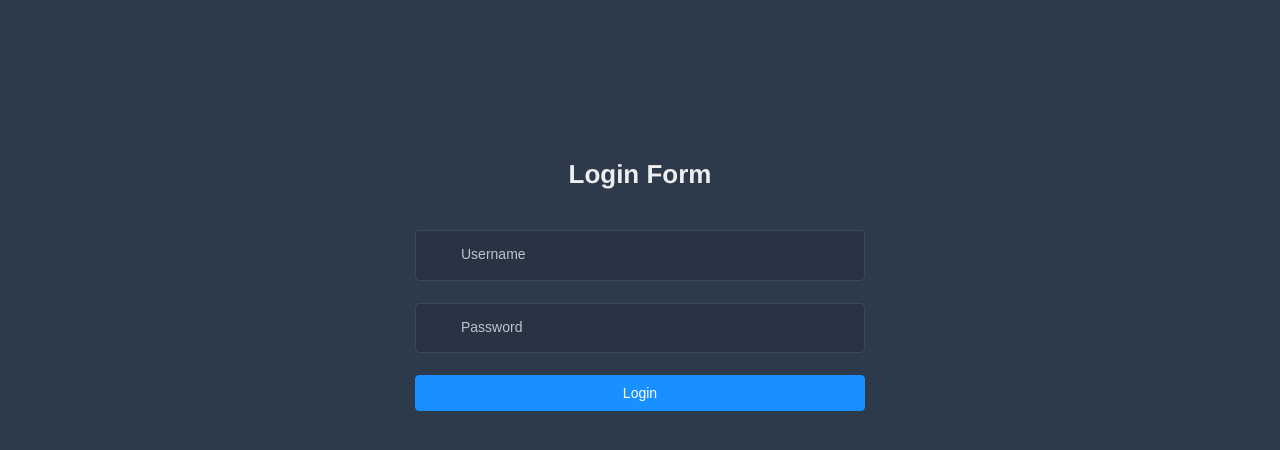
Repository: wenfree/zhjl-admin
Page: /
These files come from the project's save history. The page is drawn as it stood at one moment and after the next save; the edit follows.
The browser window is 1280 px wide. The pictures show the whole page.
The project was rebuilt for these pictures with package versions that can differ from the ones it lists, and the page was loaded fresh each time. Also part of the build but not shown: vue.config.js, src/components/RightPanel/index.vue, src/layout/components/AppMain.vue, src/components/Breadcrumb/index.vue, src/components/Hamburger/index.vue, src/components/ErrorLog/index.vue, src/components/Screenfull/index.vue, src/components/SizeSelect/index.vue and 17 more. Imported but missing from the stored project, and not drawn on this page: src/views/icons/element-icons.

Above is the page before, as saved 2023-02-26 19:21:32.

After the next save:
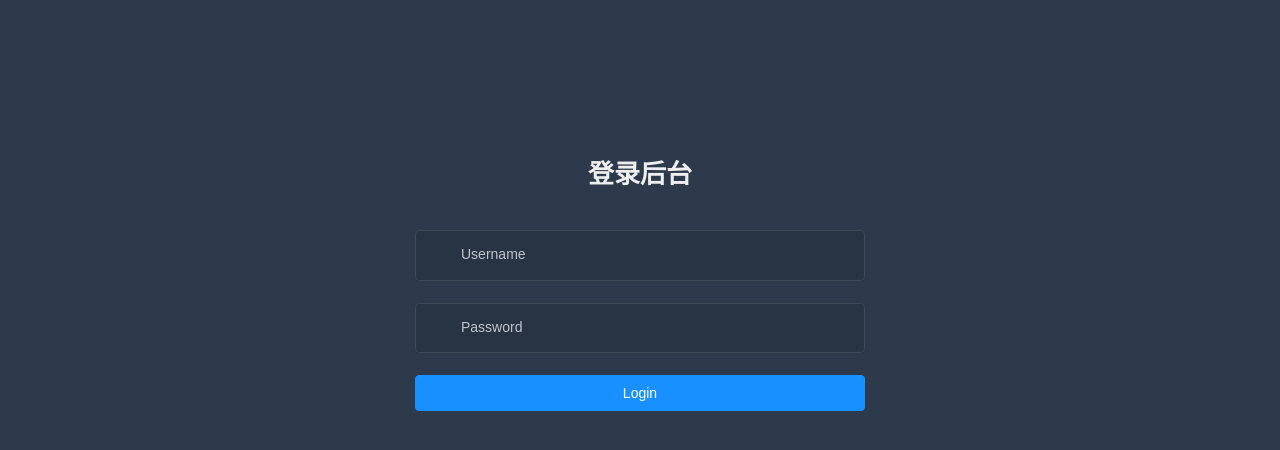
Saved 3 min 12 s later.
--- a/src/views/login/index.vue
+++ b/src/views/login/index.vue
@@ -1,24 +1,18 @@
 <template>
   <div class="login-container">
-    <el-form ref="loginForm" :model="loginForm" :rules="loginRules" class="login-form" autocomplete="on" label-position="left">
+    <el-form ref="loginForm" :model="loginForm" :rules="loginRules" class="login-form" autocomplete="on"
+      label-position="left">
 
       <div class="title-container">
-        <h3 class="title">Login Form</h3>
+        <h3 class="title">登录后台</h3>
       </div>
 
       <el-form-item prop="username">
         <span class="svg-container">
           <svg-icon icon-class="user" />
         </span>
-        <el-input
-          ref="username"
-          v-model="loginForm.username"
-          placeholder="Username"
-          name="username"
-          type="text"
-          tabindex="1"
-          autocomplete="on"
-        />
+        <el-input ref="username" v-model="loginForm.username" placeholder="Username" name="username" type="text"
+          tabindex="1" autocomplete="on" />
       </el-form-item>
 
       <el-tooltip v-model="capsTooltip" content="Caps lock is On" placement="right" manual>
@@ -26,26 +20,17 @@
           <span class="svg-container">
             <svg-icon icon-class="password" />
           </span>
-          <el-input
-            :key="passwordType"
-            ref="password"
-            v-model="loginForm.password"
-            :type="passwordType"
-            placeholder="Password"
-            name="password"
-            tabindex="2"
-            autocomplete="on"
-            @keyup.native="checkCapslock"
-            @blur="capsTooltip = false"
-            @keyup.enter.native="handleLogin"
-          />
+          <el-input :key="passwordType" ref="password" v-model="loginForm.password" :type="passwordType"
+            placeholder="Password" name="password" tabindex="2" autocomplete="on" @keyup.native="checkCapslock"
+            @blur="capsTooltip = false" @keyup.enter.native="handleLogin" />
           <span class="show-pwd" @click="showPwd">
             <svg-icon :icon-class="passwordType === 'password' ? 'eye' : 'eye-open'" />
           </span>
         </el-form-item>
       </el-tooltip>
 
-      <el-button :loading="loading" type="primary" style="width:100%;margin-bottom:30px;" @click.native.prevent="handleLogin">Login</el-button>
+      <el-button :loading="loading" type="primary" style="width:100%;margin-bottom:30px;"
+        @click.native.prevent="handleLogin">Login</el-button>
 
     </el-form>
 
@@ -93,7 +78,7 @@ export default {
   },
   watch: {
     $route: {
-      handler: function(route) {
+      handler: function (route) {
         const query = route.query
         if (query) {
           this.redirect = query.redirect
@@ -183,8 +168,8 @@ export default {
 /* 修复input 背景不协调 和光标变色 */
 /* Detail see https://github.com/PanJiaChen/vue-element-admin/pull/927 */
 
-$bg:#283443;
-$light_gray:#fff;
+$bg: #283443;
+$light_gray: #fff;
 $cursor: #fff;
 
 @supports (-webkit-mask: none) and (not (cater-color: $cursor)) {
@@ -227,9 +212,9 @@ $cursor: #fff;
 </style>
 
 <style lang="scss" scoped>
-$bg:#2d3a4b;
-$dark_gray:#889aa4;
-$light_gray:#eee;
+$bg: #2d3a4b;
+$dark_gray: #889aa4;
+$light_gray: #eee;
 
 .login-container {
   min-height: 100%;
